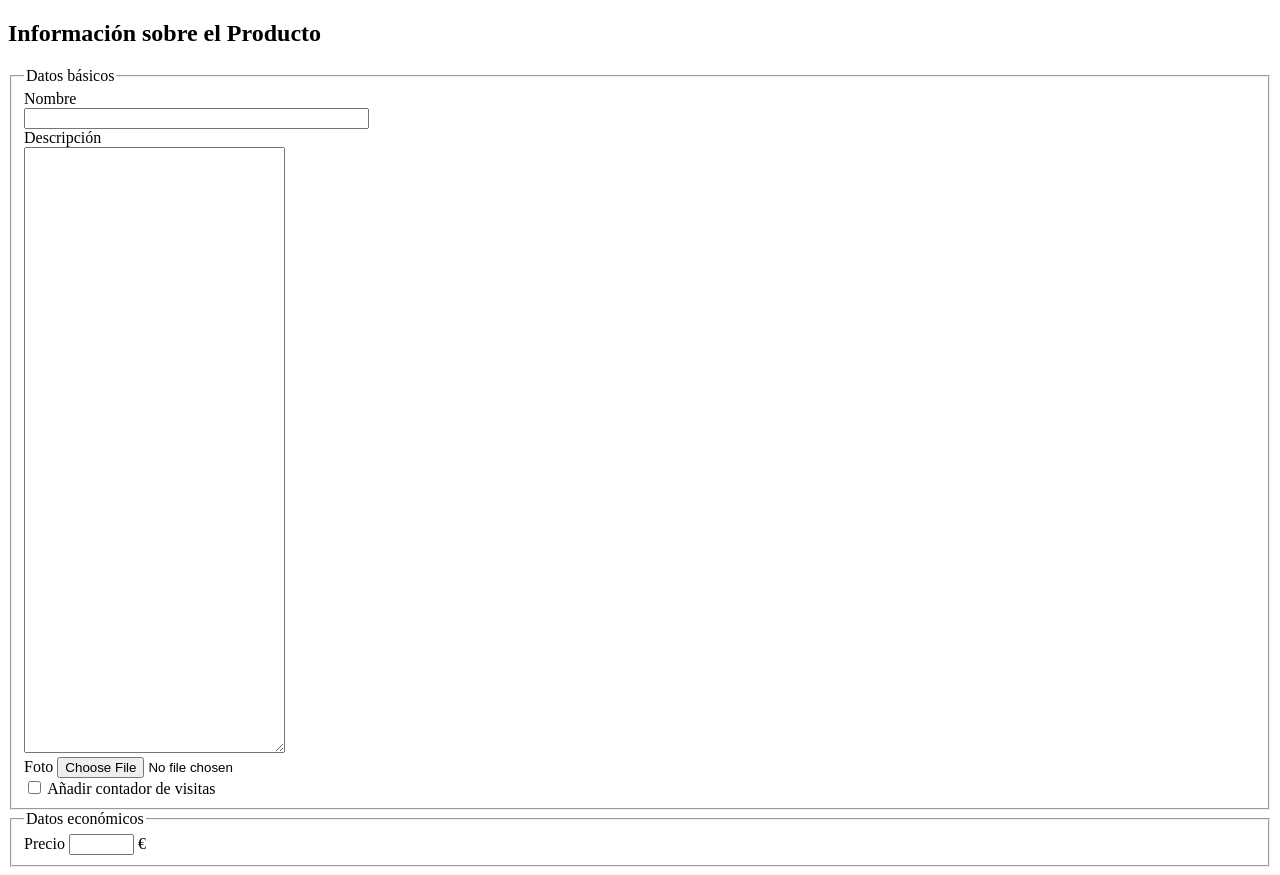
Repository: GonzaDelgado/JavaProjects
Page: modulo_html/WebContent/Form_avanzado2.html
An editor plug-in stored every save of this project. The page is shown before and after the next save, followed by the edit.
The browser window is 1280 px wide. The pictures show the whole page.

Above is the page before, as saved 2021-02-08 15:35:21.

After the next save:
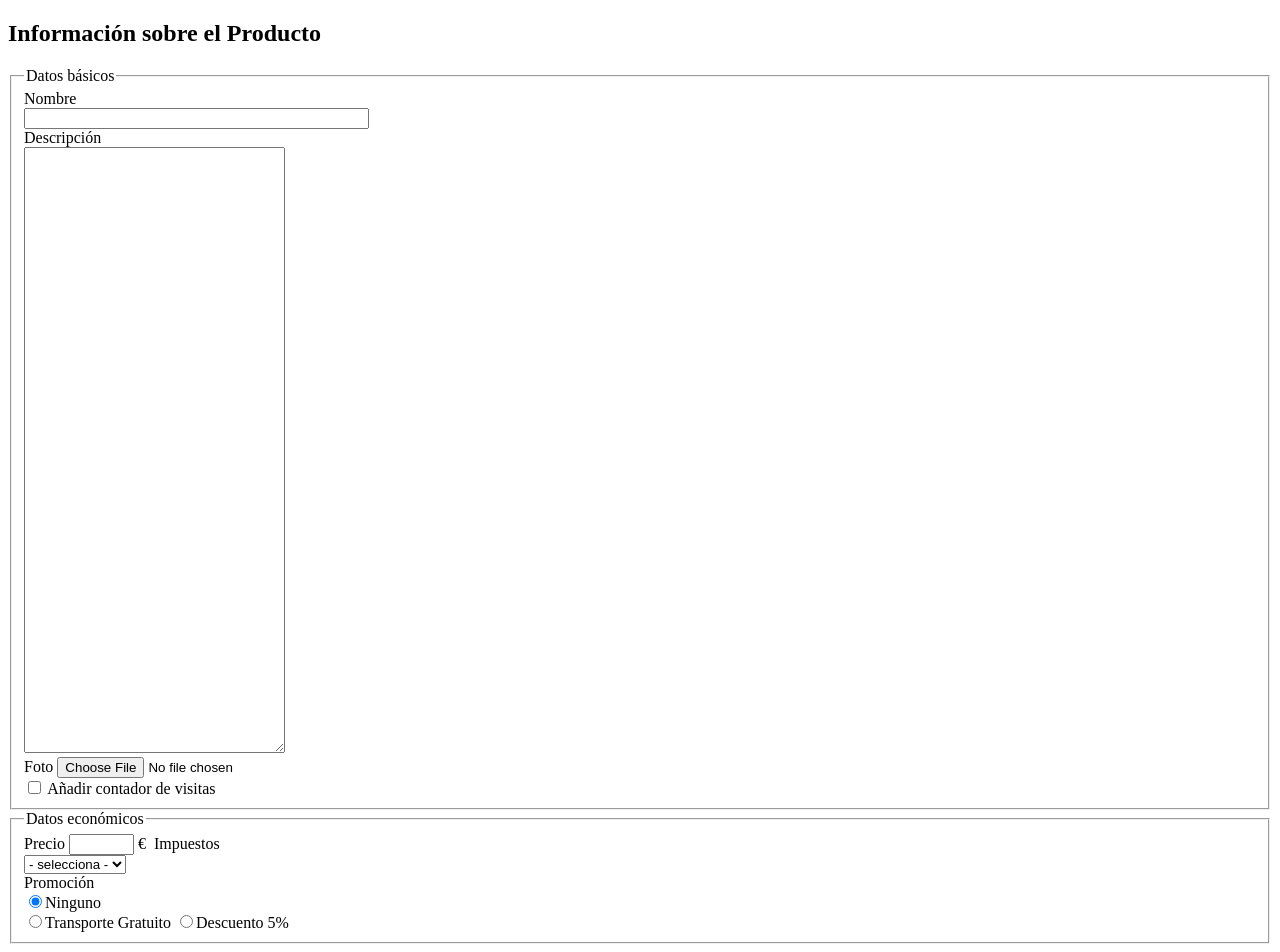
Saved 5 min 43 s later.
--- a/modulo_html/WebContent/Form_avanzado2.html
+++ b/modulo_html/WebContent/Form_avanzado2.html
@@ -20,8 +20,18 @@
 	<fieldset><legend>Datos económicos</legend>
 		<label for="nombre">Precio </label>
 		<input type ="text" size="5" name="precio" value="" maxlength="10"/>&nbsp;&euro;&nbsp;
-
-
+		<label for="impuestos">Impuestos </label> <br/>
+		<select id="impuestos" name="impuestos">
+			<option value="" selected="selected">- selecciona -</option>
+			<option value="4porc">4%</option>
+			<option value="7porc">7%</option>
+			<option value="16porc">16%</option>
+			<option value="25porc">25%</option>
+		</select><br>
+		<label for="promocion">Promoción</label> <br/>
+		<input type="radio" name="promocion" value="ninguno" checked="checked"/><label for="ninguno">Ninguno</label> <br/>
+		<input type="radio" name="promocion" value="trans_grat"/><label for="trans_grat">Transporte Gratuito</label>
+		<input type="radio" name="promocion" value="desc_5porc"/><label for="desc_5porc">Descuento 5%</label> <br/>
 
 	</fieldset>
 	</form>
